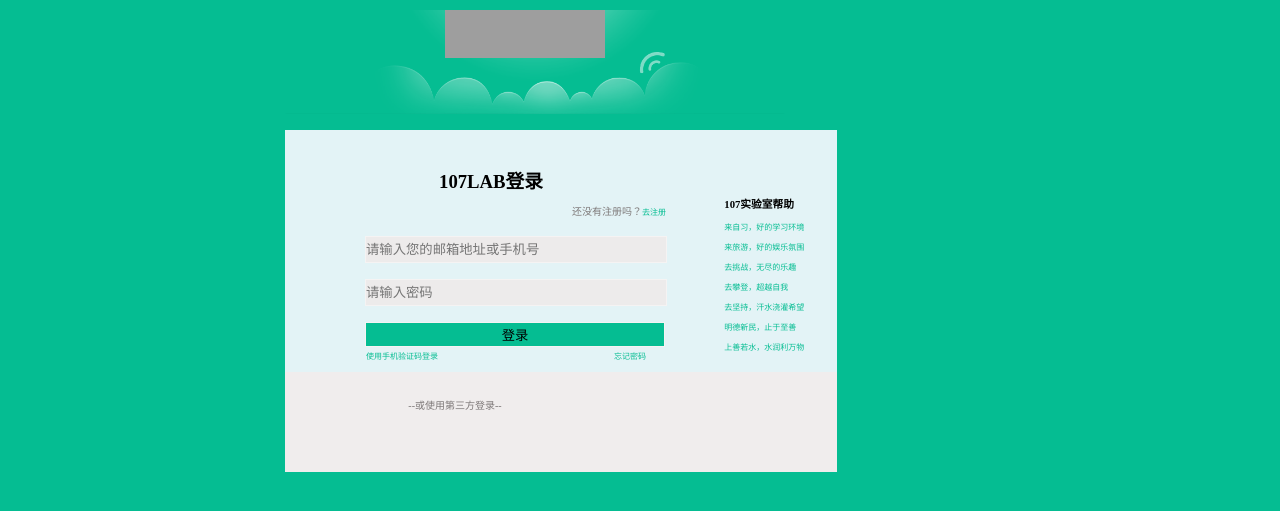
Repository: zz-yy/2023_homework
Page: 第一次考核作业/mazehua/index.html
The author's editor kept a copy of each file at every save. The page is drawn from the files as they stood at one save, then again after the next save.
The browser window is 1280 px wide. The pictures show the whole page.
Pictures or frames that could not be fetched are drawn as grey boxes.

Above is the page before, as saved 2024-04-05 15:05:08.

### 第一次考核作业/mazehua/index.html
<!DOCTYPE html>
<html lang="en">

<head>
    <meta charset="UTF-8">
    <meta http-equiv="X-UA-Compatible" content="IE=edge">
    <meta name="viewport" content="width=device-width, initial-scale=1.0">
    <title>107LAB登录</title>
    <!--引入css样式表-->
    <link rel="stylesheet" href="index.css">
    <!--引入图标样式-->
    <link rel="stylesheet" href="./iconfont.css">

</head>

<body>

    <div class="logbj">
        <div class="logo"><img src="./images/logo.png"></div><br>
    </div>

    <div class="login">
        <ul class="left">
            <li>

                    <h3>107LAB登录</h3>
                    <span class="tishi">还没有注册吗？<a href="#">去注册</a></span>



                <form action="#">
                    <input type="text" placeholder="请输入您的邮箱地址或手机号" name="text"><br>
                    <input type="password" placeholder="请输入密码" name="psd"><br>
                    <input class="sub" type="submit" value="登录">
                </form>
                <div class="forget"><span class="L"><a href="#">使用手机验证码登录</a> </span> <span class="R"><a
                            href="#">忘记密码</a></span></div>
            </li>
        </ul>
        <ul class="right">
            <li>
                <h6>107实验室帮助</h6>
            </li>
            <li> <a href="#">来自习，好的学习环境</a></li>
            <li> <a href="#">来旅游，好的娱乐氛围</a></li>
            <li><a href="#">去挑战，无尽的乐趣</a></li>
            <li><a href="#">去攀登，超越自我</a></li>
            <li><a href="#">去坚持，汗水浇灌希望</a></li>
            <li><a href="#">明德新民，止于至善</a></li>
            <li><a href="#">上善若水，水润利万物</a></li>
        </ul>


    </div>
    <div class="third">
        <ul class="third-left">
            <li><span>--或使用第三方登录--</span></li>
            <li></li>
        </ul>
        <ul class="third-right"></ul>
    </div>

</body>

</html>

### 第一次考核作业/mazehua/index.css
* {
    margin: 0px;
    padding: 0px;
    user-select: none;
}

body {

    background: rgb(5, 189, 146);
    float: left;

}

.logbj {
    background-image: url(/images/bg_reg_wave.png);
    background-repeat: no-repeat;
    background-size: 500px;

    width: 550px;
    height: 100px;
    margin: 10px 50%;

    padding: 10px 10px;
}

.logo {
    height: 60px;
    width: 200px;
    margin: 10px 120px;

}

.logo img {
    width: 80%;
    height: 80%;
    position: relative;
    left: 30px;
    top: -20px;
}

.login {
    display: flex;
    height: 250px;
    width: 550px;
    margin: -10px 50%;
    padding: 1px;
    background: #e3f3f6;

}

h3 {
    text-align: center;

}

li {
    width: 90px;
    height: 10px;
    list-style: none;
    position: relative;
    margin: 10px;
}

a {
    text-decoration: none;

}

.tishi {
    float: right;
    font-size: 10px;
    color: #7e7979;
    margin: 10px 0px;
}

a {
    font-size: 8px;
    color: rgb(5, 189, 146);
}

.left {
    width: 400px;
    height: 220px;
    margin: 20px 10px;
    float: left;
    padding: 5px 10px;
}

.left li {
    width: 350px;
    height: 200px;
    margin: 10px 10px;
    float: left;
}

form {
    height: 140px;
    width: 330px;
    margin: 10px 40px;
    padding: 1px;


}

input {
    margin: 8px;
    width: 300px;
    height: 25px;
    outline-style: none;
    background: rgb(237, 235, 235);
    border: 1px solid rgb(245, 243, 243);
}

.sub {
    background: rgb(5, 189, 146);
}

.right {
    height: 220px;
    width: 120px;
    float: right;
    padding: 5px;
    margin: 50px 2.5px;
}

.forget {
    width: 280px;
    height: 20px;
    margin: -10px 50px;
}

.L {
    float: left;
}

.R {
    float: right;
}

.third {
    display: flex;
    width: 552px;
    height: 100px;
    background: rgb(240, 237, 237);
    position: relative;
    top: 0px;
    left: 50%;
    font-size: 10px;
    color: #7e7979;
    text-align: center;
}



.third-left {
    width: 400px;
    height: 80px;
    margin: 10px 10px;
    float: left;
    padding: 5px 10px;
}

.third-right {
    height: 80px;
    width: 120px;
    float: right;
    padding: 5px;
    margin: 10px 2.5px;
}
.third-left li{
    width: 200px;
    height: 20px;
    margin: 10px 50px;

}
.third span {
    text-align: center;
    width: 552px;
    height: 30px;
    padding: 10px;
}

### 第一次考核作业/mazehua/iconfont/iconfont.css
@font-face {
  font-family: "iconfont"; /* Project id  */
  src: url('iconfont.ttf?t=1712408906963') format('truetype');
}

.iconfont {
  font-family: "iconfont" !important;
  font-size: 16px;
  font-style: normal;
  -webkit-font-smoothing: antialiased;
  -moz-osx-font-smoothing: grayscale;
}

.icon-qq:before {
  content: "\e66a";
}

.icon-weixin:before {
  content: "\e633";
}

.icon-zhanghu:before {
  content: "\e62b";
}

.icon-weixin1:before {
  content: "\e64b";
}

.icon-qq-copy:before {
  content: "\e658";
}

.icon-QQ:before {
  content: "\e73e";
}

.icon-GitHub:before {
  content: "\ea0a";
}

.icon-Oracle:before {
  content: "\ea23";
}

.icon-QQ1:before {
  content: "\e882";
}

.icon-zaixianlianxi:before {
  content: "\e6a7";
}

.icon-QQkongjian:before {
  content: "\e666";
}

.icon-QQ2:before {
  content: "\e667";
}

.icon-search:before {
  content: "\e611";
}

.icon-qq1:before {
  content: "\e636";
}

.icon-weixin2:before {
  content: "\e782";
}

.icon-weixin3:before {
  content: "\e607";
}

.icon-QQ3:before {
  content: "\ea94";
}

After the next save:
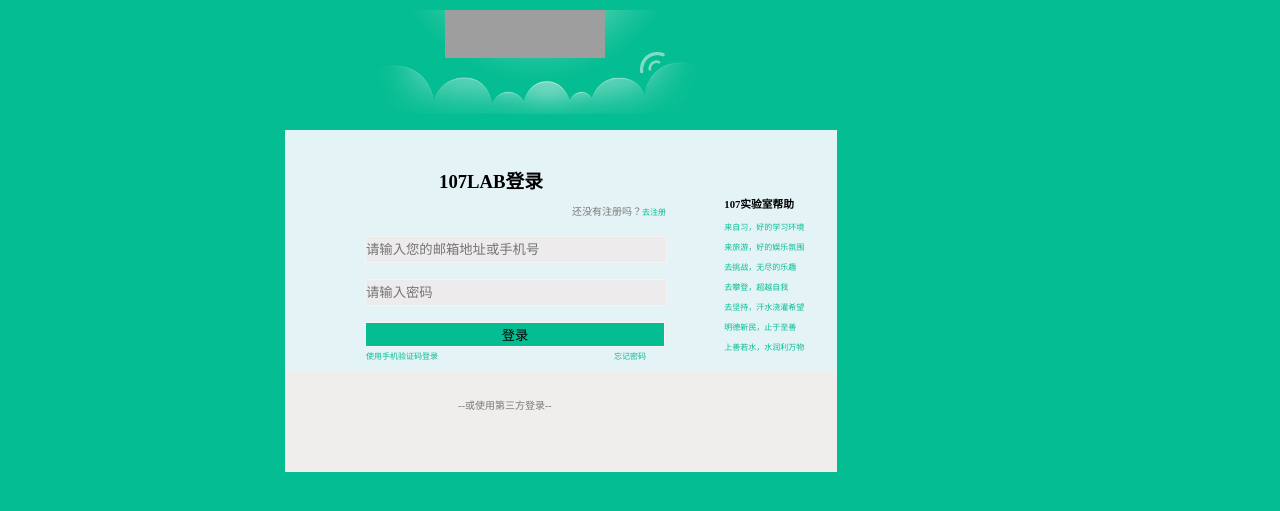
Saved 44 s later.
--- a/第一次考核作业/mazehua/index.css
+++ b/第一次考核作业/mazehua/index.css
@@ -170,7 +170,7 @@ input {
 .third-left li{
     width: 200px;
     height: 20px;
-    margin: 10px 50px;
+    margin: 10px 100px;
 
 }
 .third span {
